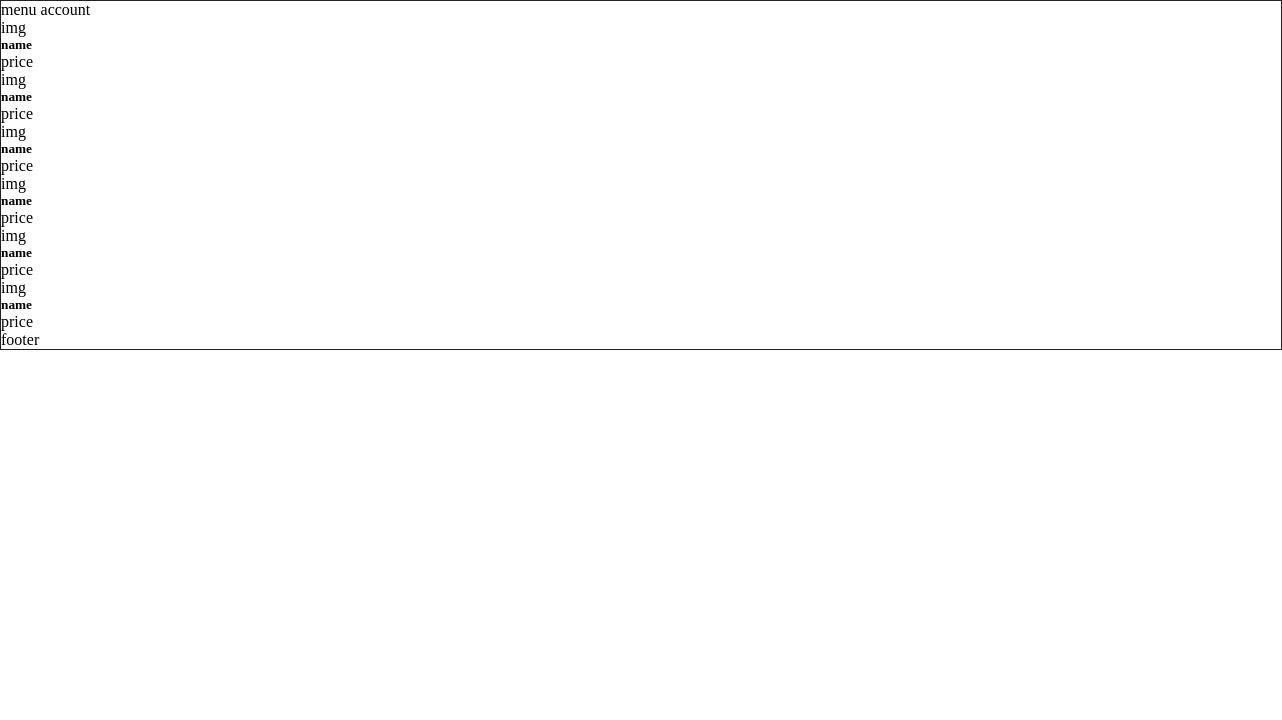
Repository: dongwoon1/cal
Page: http://localhost/calDWC/
An editor plug-in stored every save of this project. The page is shown before and after the next save, followed by the edit.
The browser window is 1280 px wide. The page is 1282 px wide, then 1280 px, so the pictures cover 1282 px, including what lies to the right of the window. The pictures show the whole page.
The page is served by Tomcat 9.

Above is the page before, as saved 2025-03-19 22:55:59.

### calProject/calDWC/src/main/webapp/index.jsp
<%@ page language="java" contentType="text/html; charset=UTF-8"
    pageEncoding="UTF-8"%>
<!DOCTYPE html>
<html>

	<head>
		<meta charset="UTF-8">
		<title>バイバイハンバイ</title>
		<link href="${pageContext.request.contextPath}/css/main.css" rel="stylesheet">
	</head>

	<body>
	 <main>

	  <header>
	   <span>menu</span>
	   <span>account</span>
	  <!--
	   <na>
	    <li>outer</li>
	    <li>shirts</li>
	    <li>pants</li>
	    <li>shoes</li>
	    <li>accessories</li>
	    <li>account</li>
	   </ul>
	    -->
	  </header>

	  <section>
	   <div class="pro">

	    <div class="product">

	     <div>
	      img
	     </div>
	     <div>
	      <h5>name</h5>
	     </div>
	     <div>
	      <span>price</span>
	     </div>

	    </div>

	    <div class="product">

	     <div>
	      img
	     </div>
	     <div>
	      <h5>name</h5>
	     </div>
	     <div>
	      price
	     </div>

	    </div>

	    <div class="product">

	     <div>
	      img
	     </div>
	     <div>
	      <h5>name</h5>
	     </div>
	     <div>
	      price
	     </div>

	    </div>

	   </div>


	   <div class="pro">

	    <div class="product">

	     <div>
	      img
	     </div>
	     <div>
	      <h5>name</h5>
	     </div>
	     <div>
	      price
	     </div>

	    </div>

	    <div class="product">

	     <div>
	      img
	     </div>
	     <div>
	      <h5>name</h5>
	     </div>
	     <div>
	      price
	     </div>

	    </div>

	    <div class="product">

	     <div>
	      img
	     </div>
	     <div>
	      <h5>name</h5>
	     </div>
	     <div>
	      price
	     </div>

	    </div>

	   </div>

	  </section>

	  <footer>
	   <div>footer</div>
	  </footer>

	 </main>
	</body>

</html>

### calProject/calDWC/src/main/webapp/css/main.css
@charset "UTF-8";

*{
	margin:0;
	padding:0;
}

body{
	margin : auto;
	width: 100%;
	height:;
		border:1px solid #222;
}

After the next save:
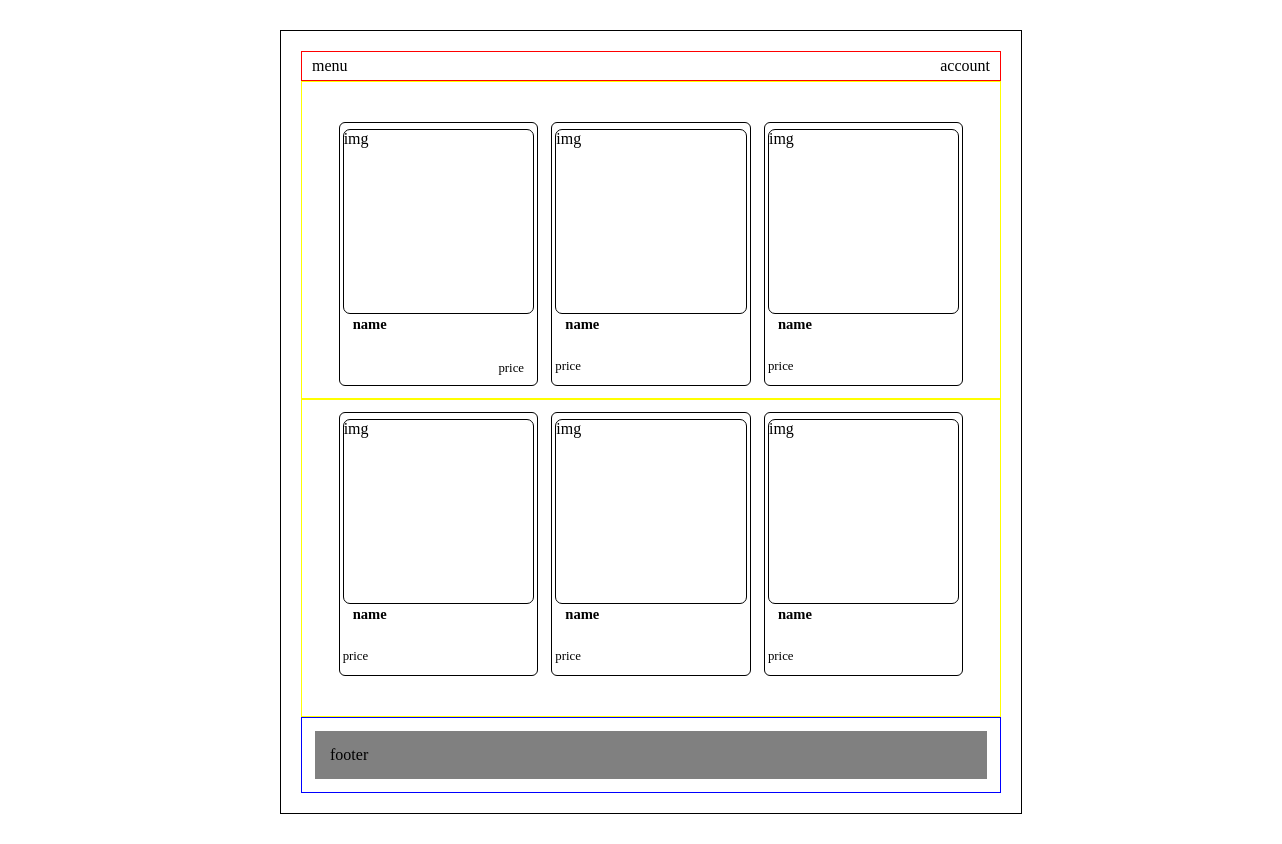
Saved 7 s later.
--- a/calProject/calDWC/src/main/webapp/css/main.css
+++ b/calProject/calDWC/src/main/webapp/css/main.css
@@ -1,13 +1,74 @@
 @charset "UTF-8";
 
 *{
-	margin:0;
-	padding:0;
-}
+	  padding: 0; margin: 0;
+	 }
+	 main{
+	     margin: 30px 280px;
+	     padding: 20px;
+	     width: 700px;
+	      border: 1px solid black;
+	 }
+	 header{
+	  display: flex;
+	  justify-content: space-between;
+	   border: 1px solid red;
+	 }
+	 header span{
+	  padding: 5px 10px;
+	 }
+	 footer{
+	  padding: 13px;
+	   border: 1px solid blue;
+	 }
+	 footer div{
+	  background: gray;
+	     padding: 15px;
+	 }
+	 .pro{
+	  padding: 12px 30px;
+	  display: flex;
+	  justify-content: space-around;
+	   border: 1px solid yellow;
+	 }
+	 .pro:first-child{
+	  padding-top: 40px;
+	 }
+	 .pro:last-child{
+	  padding-bottom: 40px;
+	 }
+	 .pro div{
+	  width: 30%;
+	   height:250px;
+	 }
 
-body{
-	margin : auto;
-	width: 100%;
-	height:;
-		border:1px solid #222;
-}
+	 .product{
+	  padding: 6px 3px;
+	  border: 1px solid black;
+	  border-radius: 6px;
+	 }
+	 .product div{
+	  width: 100%;
+	 }
+	 .product div:first-child{
+	  width: 99%;
+	  height: 73%;
+	  border: 1px solid black;
+	  border-radius: 7px;
+	 }
+	 .product div:nth-child(2){
+	  height: 18%;
+	  font-size: 110%;
+	 }
+	 .product div:last-child{
+	  height: 9%;
+	  font-size: 80%;
+	 }
+
+	 .product h5, .product span{
+	  padding: 2px 10px;
+	 }
+	 .product span{
+	  text-align: right;
+	  display: block;
+	 }
